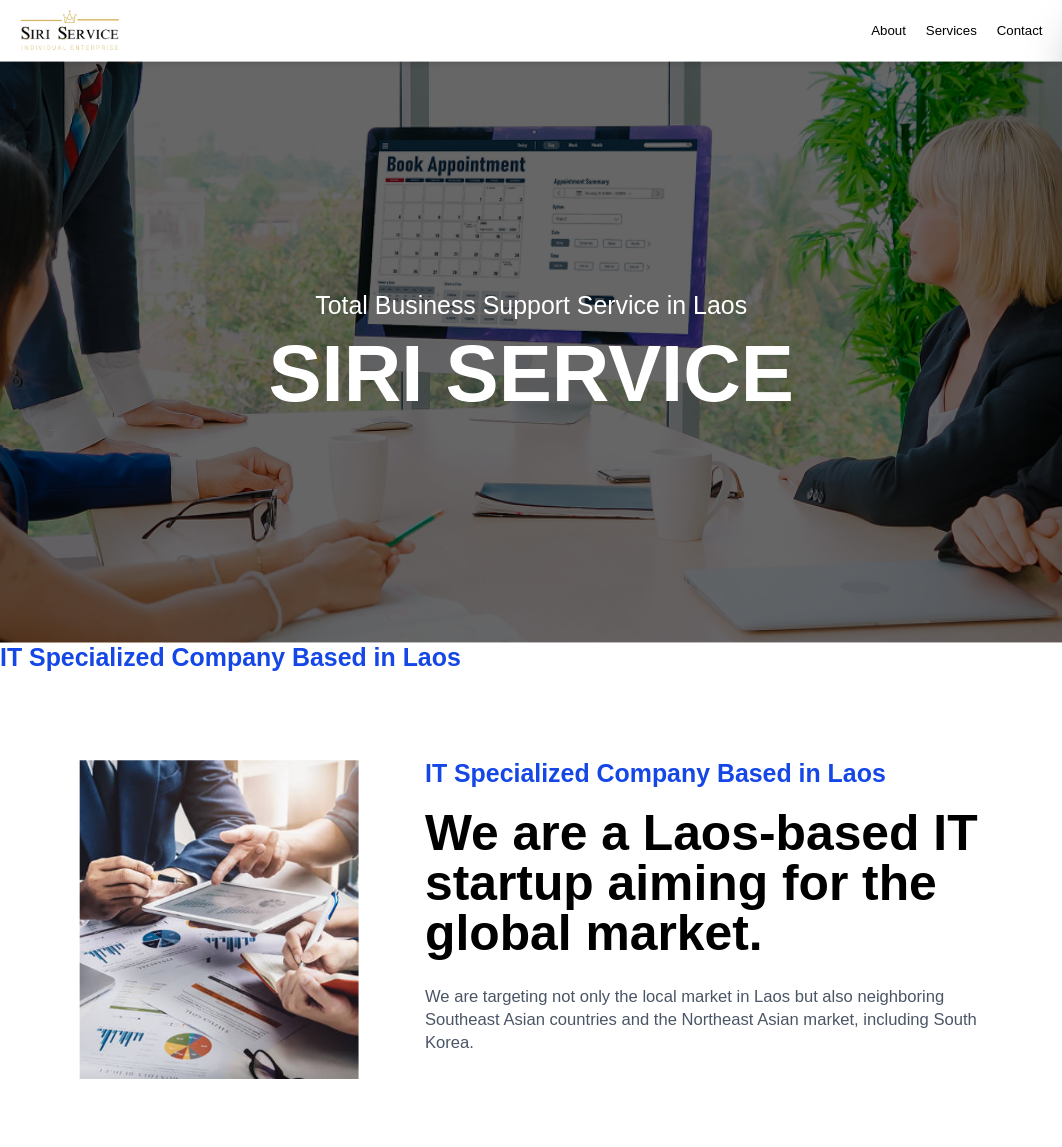
Repository: Phailin-teamplate/siri-service-web
Page: /
An editor plug-in stored every save of this project. The page is shown before and after the next save, followed by the edit.
The browser window is 1280 px wide. The pictures show the whole page, at 83% of full size.
The project was rebuilt for these pictures with package versions that can differ from the ones it lists, and the page was loaded fresh each time. The framework's server and built-in components were replaced by stand-ins that run in the browser. Also part of the build but not shown: next.config.ts.

Above is the page before, as saved 2025-07-02 14:14:04.

After the next save:
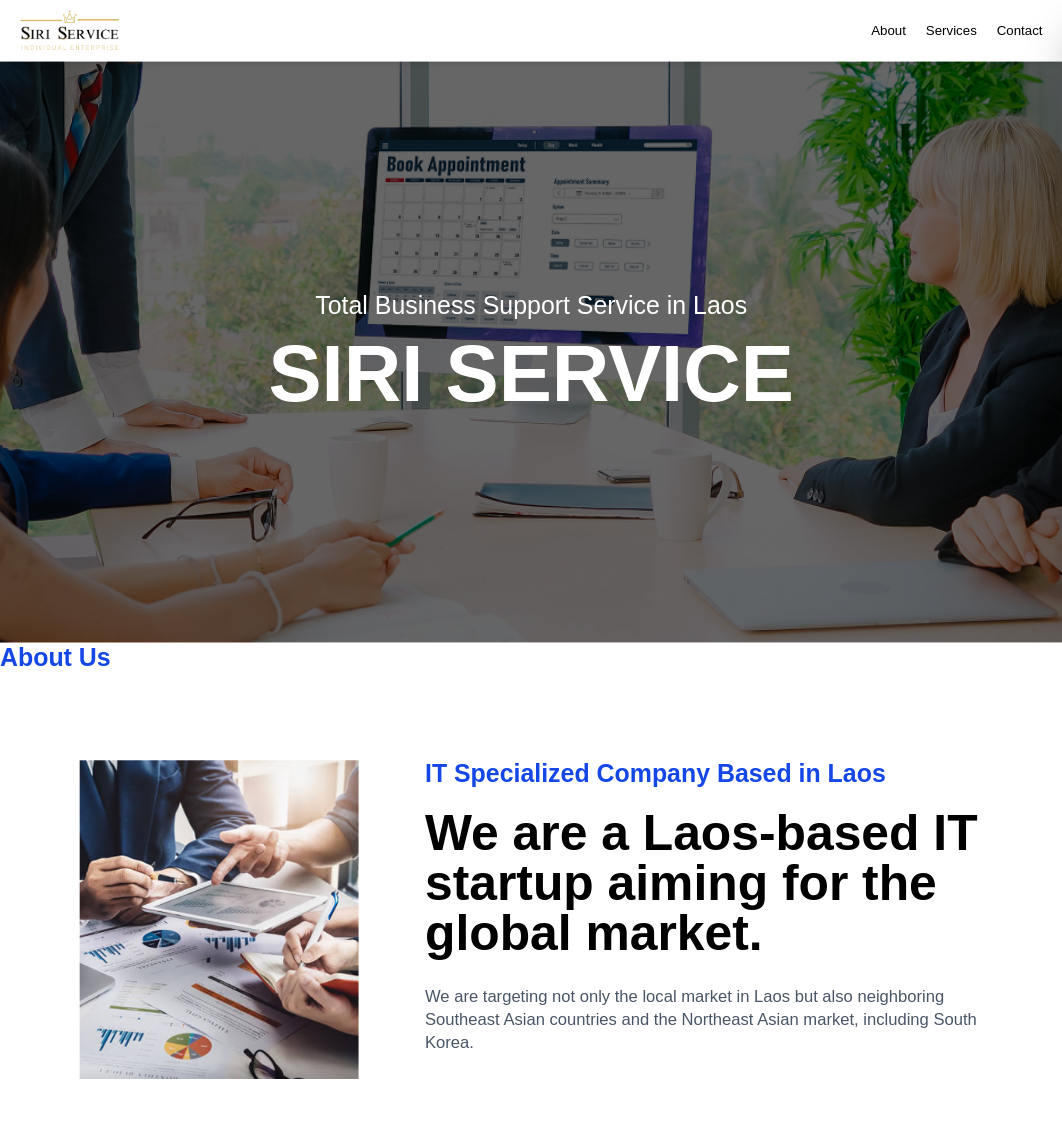
Saved 7 s later.
--- a/src/components/About.tsx
+++ b/src/components/About.tsx
@@ -16,7 +16,7 @@
     <div className="w-full">
         <div className="w-full max-w-2xl text-center md:text-left">
             <p className="text-2xl md:text-3xl font-semibold text-blue-700 mb-4 md:mb-6">
-              IT Specialized Company Based in Laos
+              About Us
             </p>
             </div>
       <div className="flex flex-col px-6 md:px-12 lg:px-24 py-12 md:py-16 lg:py-20 ">
